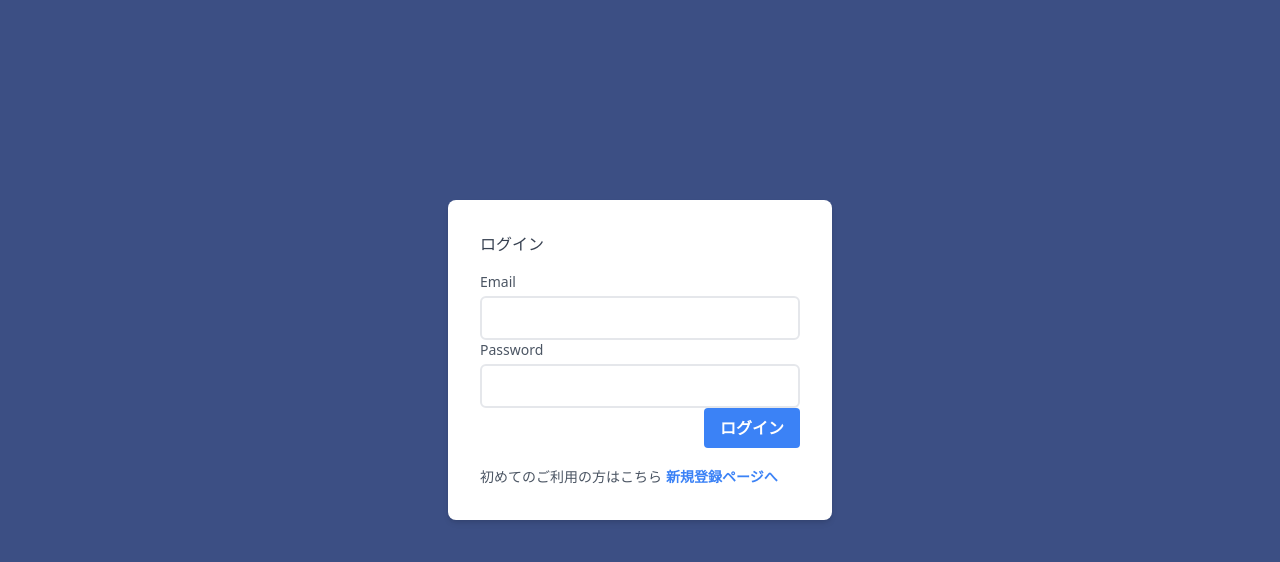
Repository: daidai0602/gs_kadai_js_sensyuken
Page: /auth/login
These files come from the project's save history. The page is drawn as it stood at one moment and after the next save; the edit follows.
The browser window is 1280 px wide. The pictures show the whole page.
The project was rebuilt for these pictures with package versions that can differ from the ones it lists, and the page was loaded fresh each time. The framework's server and built-in components were replaced by stand-ins that run in the browser. Also part of the build but not shown: next.config.js.

Above is the page before, as saved 2023-11-09 12:18:54.

After the next save:
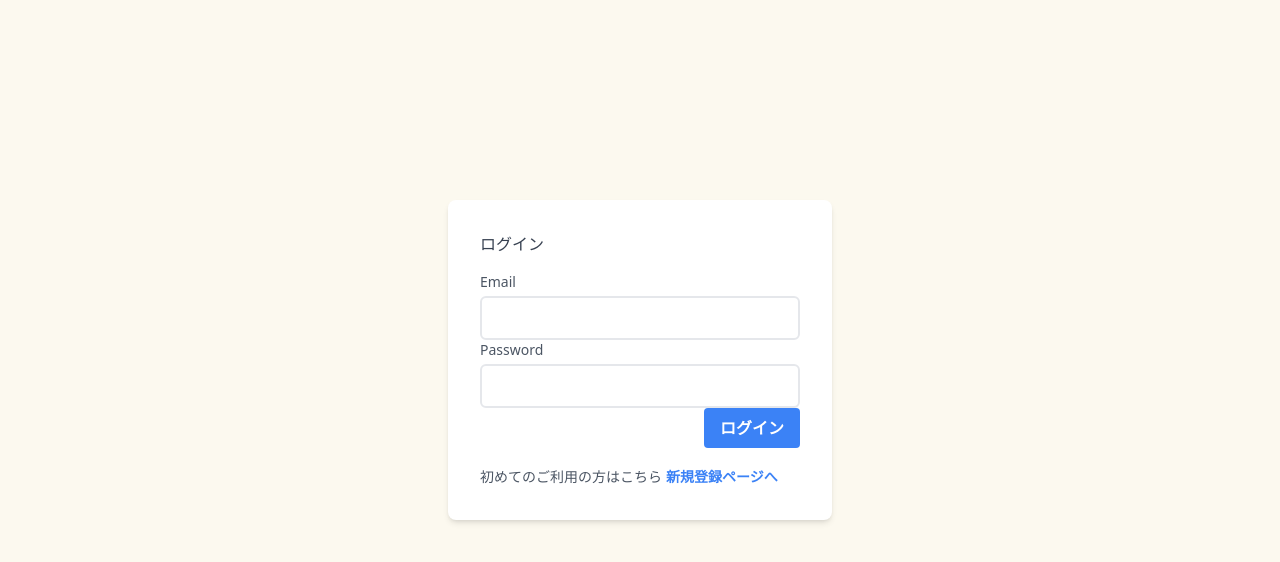
Saved 3 min 54 s later.
--- a/src/app/globals.css
+++ b/src/app/globals.css
@@ -3,5 +3,5 @@
 @tailwind utilities;
 
 body{
-  background-color: #3c4f84;
+  background-color: #FCF9EF;
 }
